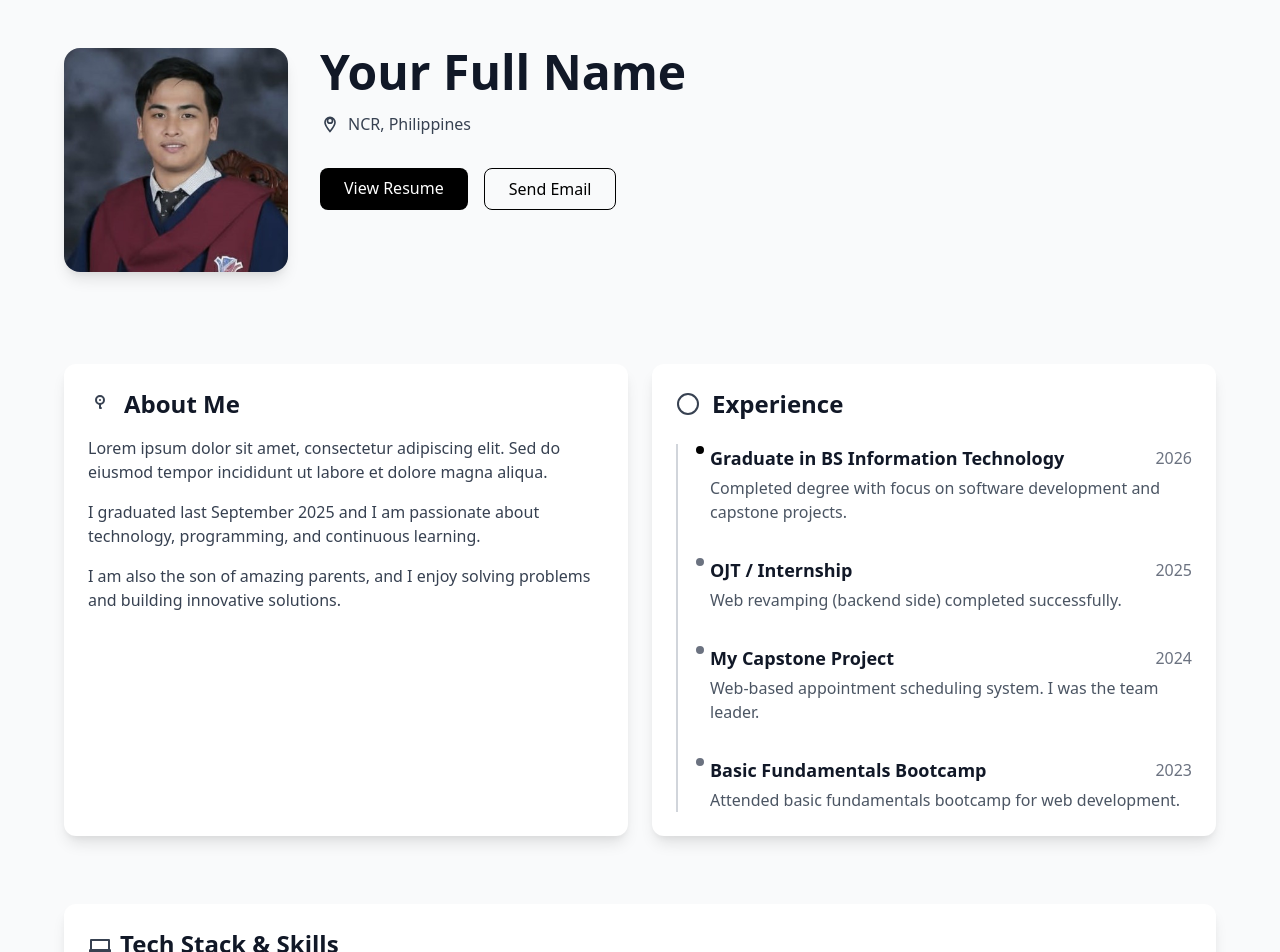
Repository: MeekSharkdev/cv-portfolio
Page: index.html
The author's editor kept a copy of each file at every save. The page is drawn from the files as they stood at one save, then again after the next save.
The browser window is 1280 px wide. The pictures show the part of the page from y = 0 to 952 px (the page is 2552 px tall).
A picture or video elsewhere on the page could not be fetched, so the positions and the page height are approximate.

Above is the page before, as saved 2026-01-31 19:36:37.
Not found: styles.css

After the next save:
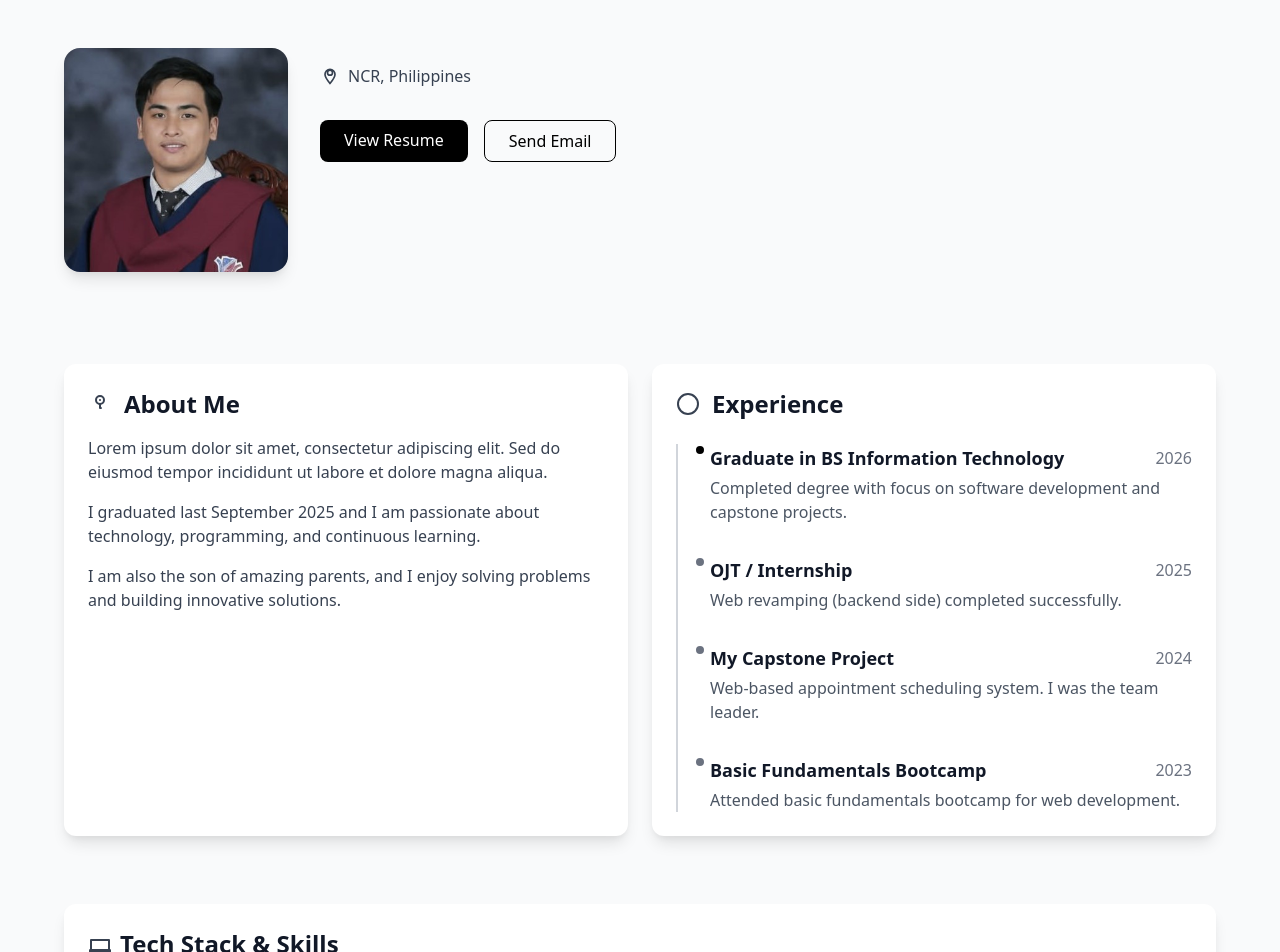
Saved 37 s later.
--- a/index.html
+++ b/index.html
@@ -26,7 +26,7 @@
             <!-- Info Section -->
             <div class="flex flex-col justify-center gap-4">
                 <!-- Full Name -->
-                <h1 class="text-4xl md:text-5xl font-bold">Your Full Name</h1>
+                <h1 class="text-4xl md:text-5xl font-bold"></h1>
 
                 <!-- Location -->
                 <div class="flex items-center gap-2 text-gray-700">
